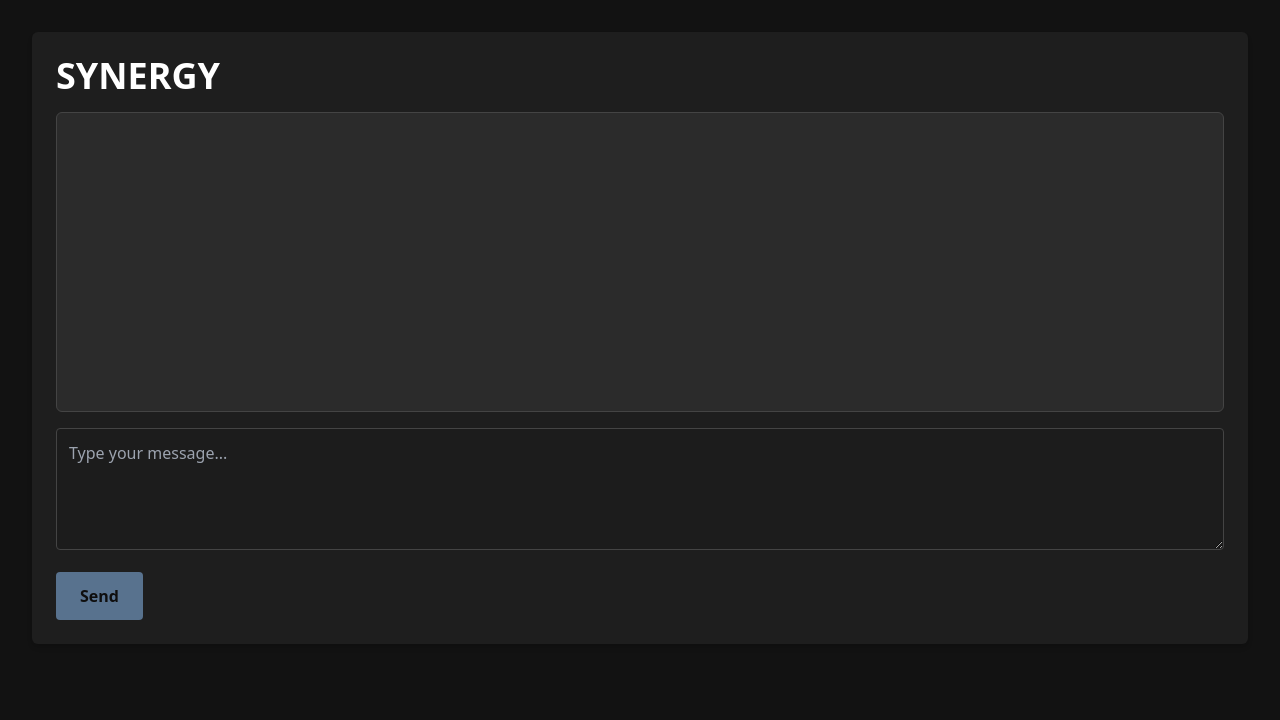
Repository: Theanh0410/Pre-thesis
Page: / (app in LLM/client/)
An editor plug-in stored every save of this project. The page is shown before and after the next save, followed by the edit.
The browser window is 1280 px wide. The pictures show the whole page.
The project was rebuilt for these pictures with package versions that can differ from the ones it lists, and the page was loaded fresh each time. The framework's server and built-in components were replaced by stand-ins that run in the browser. Also part of the build but not shown: LLM/client/next.config.js, LLM/client/next.config.mjs.

Above is the page before, as saved 2025-04-16 18:03:51.

### LLM/client/pages/_app.js
import "../styles/global.css"
export default function App({ Component, pageProps }) {
  return <Component {...pageProps} />;
}

### LLM/client/pages/index.js
import { useState } from 'react';

export default function ChatApp() {
  const [prompt, setPrompt] = useState('');
  const [messages, setMessages] = useState([]);
  const [loading, setLoading] = useState(false);
  const [sidebarCollapsed, setSidebarCollapsed] = useState(false);

  const sendPrompt = async () => {
    if (!prompt.trim()) return;

    const userMsg = { role: 'user', text: prompt };
    setMessages(prev => [...prev, userMsg]);
    setPrompt('');
    setLoading(true);

    try {
      const res = await fetch('/api/chat', {
        method: 'POST',
        headers: { 'Content-Type': 'application/json' },
        body: JSON.stringify({ prompt: userMsg.text }),
      });

      if (!res.ok || !res.body) {
        throw new Error(`HTTP error: ${res.status}`);
      }

      let botMsg = { role: 'bot', text: '' };
      setMessages(prev => [...prev, botMsg]);

      const reader = res.body.getReader();
      const decoder = new TextDecoder();

      while (true) {
        const { done, value } = await reader.read();
        if (done) break;

        const chunk = decoder.decode(value);
        botMsg = { ...botMsg, text: botMsg.text + chunk };
        setMessages(prev => [...prev.slice(0, -1), botMsg]);
      }
    } catch (err) {
      console.error(err);
      setMessages(prev => [
        ...prev.slice(0, -1),
        { role: 'bot', text: `Error: ${err.message}` },
      ]);
    } finally {
      setLoading(false);
    }
  };

  return (
    <main className="min-h-screen p-8 bg-[#121212] text-[#e0e0e0] font-sans">
      <div className="max-w-[1300px] mx-auto bg-[#1e1e1e] p-6 rounded-md shadow-md">
        <h1 className="text-4xl text-white mb-4 font-semibold">SYNERGY</h1>

        <div className="h-[300px] overflow-y-auto bg-[#2b2b2b] border border-[#444] rounded-md p-4 mb-4">
          {messages.map((msg, idx) => (
            <div
              key={idx}
              className={`mb-3 whitespace-pre-wrap break-words ${
                msg.role === 'user' ? 'text-blue-300' : 'text-green-300'
              }`}
            >
              <strong>{msg.role === 'user' ? 'You' : 'SYNERGY'}:</strong> {msg.text}
            </div>
          ))}
          {loading && (
            <div className="italic text-gray-400">SYNERGY is typing...</div>
          )}
        </div>

        <textarea
          className="w-full p-3 border border-[#444] rounded resize-y bg-[#1c1c1c] text-white mb-4"
          rows={4}
          value={prompt}
          onChange={(e) => setPrompt(e.target.value)}
          placeholder="Type your message..."
          onKeyDown={(e) => {
            if (e.key === 'Enter' && !e.shiftKey) {
              e.preventDefault();
              sendPrompt();
            }
          }}
        />

        <button
          className="px-6 py-3 bg-blue-300 text-black font-bold rounded disabled:opacity-50 hover:bg-blue-400 transition"
          onClick={sendPrompt}
          disabled={loading || !prompt.trim()}
        >
          {loading ? 'Thinking...' : 'Send'}
        </button>
      </div>
    </main>

  );
}

Loaded but not shown: LLM/client/pages/_document.js (common file); LLM/client/styles/global.css (common file); LLM/client/tailwind.config.js (common file)

After the next save:
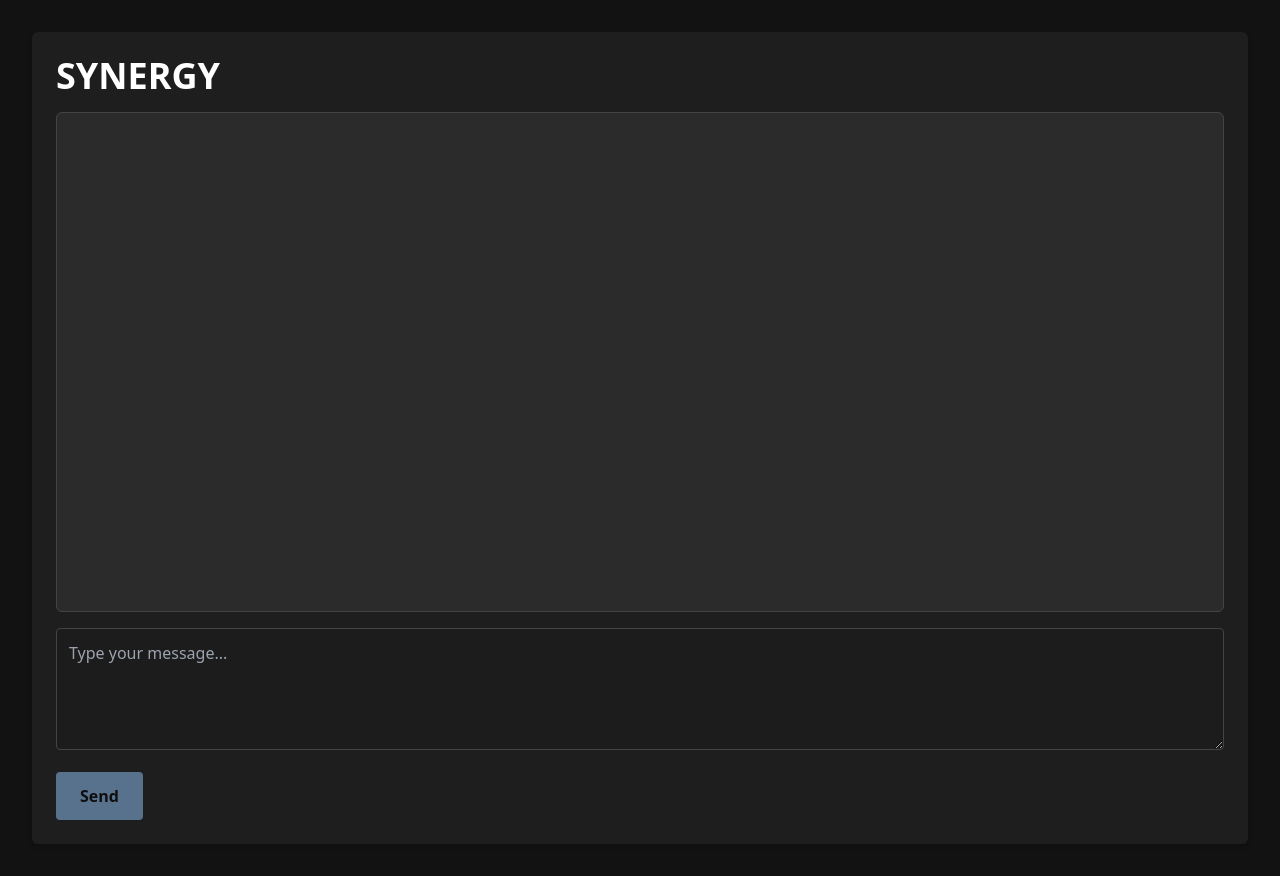
Saved 40 s later.
--- a/LLM/client/pages/index.js
+++ b/LLM/client/pages/index.js
@@ -55,7 +55,7 @@ export default function ChatApp() {
       <div className="max-w-[1300px] mx-auto bg-[#1e1e1e] p-6 rounded-md shadow-md">
         <h1 className="text-4xl text-white mb-4 font-semibold">SYNERGY</h1>
 
-        <div className="h-[300px] overflow-y-auto bg-[#2b2b2b] border border-[#444] rounded-md p-4 mb-4">
+        <div className="h-[500px] overflow-y-auto bg-[#2b2b2b] border border-[#444] rounded-md p-4 mb-4">
           {messages.map((msg, idx) => (
             <div
               key={idx}
